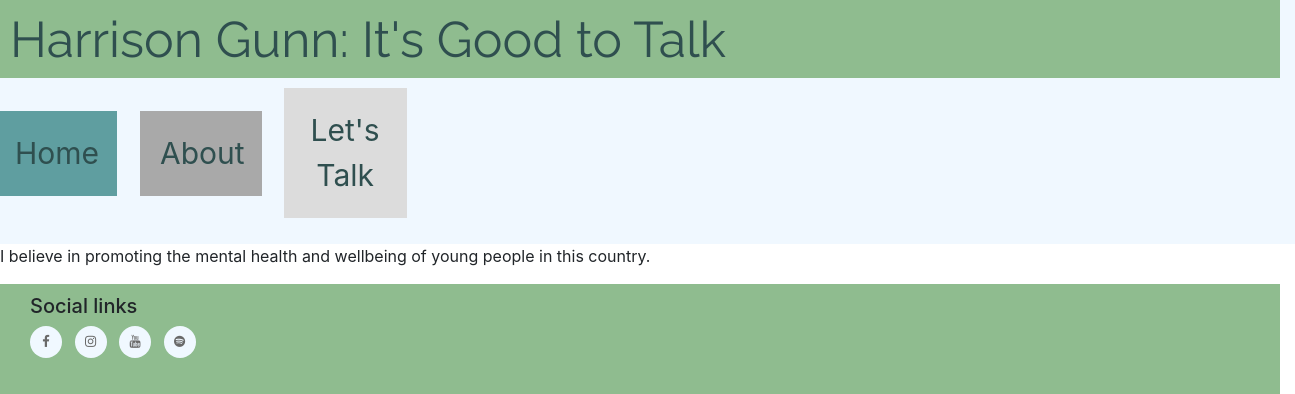
Repository: Leannald13/mile-stone-project-html
Page: index.html
The author's editor kept a record of every edit. The page is drawn from the files as they stood at one moment, then again after the next edit.
The browser window is 1280 px wide. The page is 1295 px wide, so the pictures cover 1295 px, including what lies to the right of the window. The pictures show the part of the page from y = 500 to 999 px (the page is 894 px tall before and 999 px after).

Above is the page before.

After the next edit:
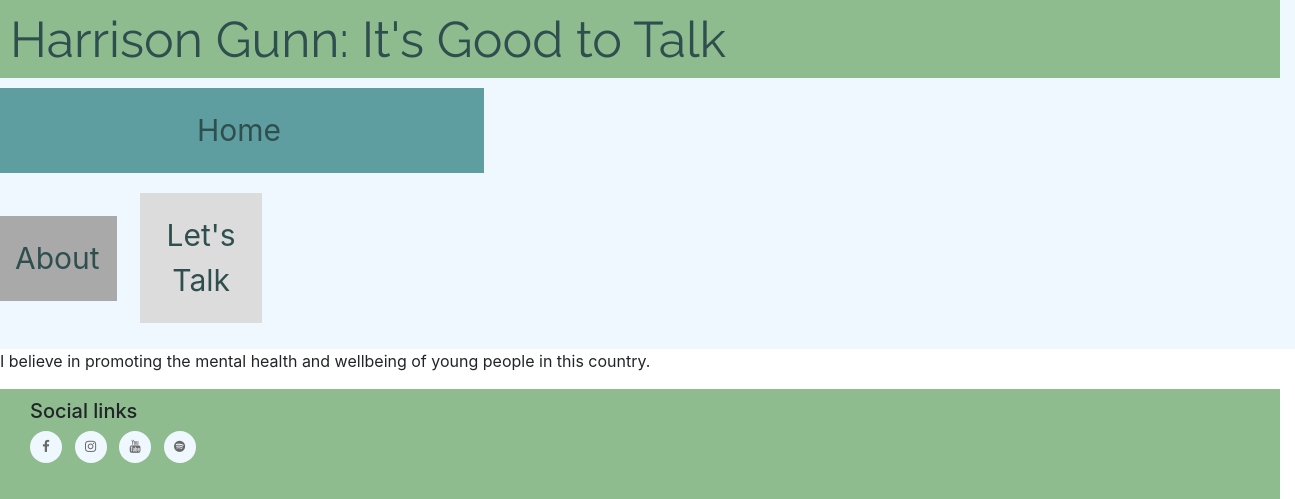
The edit:
--- a/index.html
+++ b/index.html
@@ -31,7 +31,7 @@
             <div class="row">
                 <div class="col">
                     <ul id="nav" class="list-inline menucontainer">
-                        <li class="col col-sm-3 ui-menu-color-home list-inline-item menuitem">
+                        <li class="col col-sm-12 ui-menu-color-home list-inline-item menuitem">
                             <a href="index.html" class="hvr-wobble-horizontal"><span>Home</span></a>
                         </li>
                         <li class="col col-sm-3 ui-menu-color-general list-inline-item menuitem">
